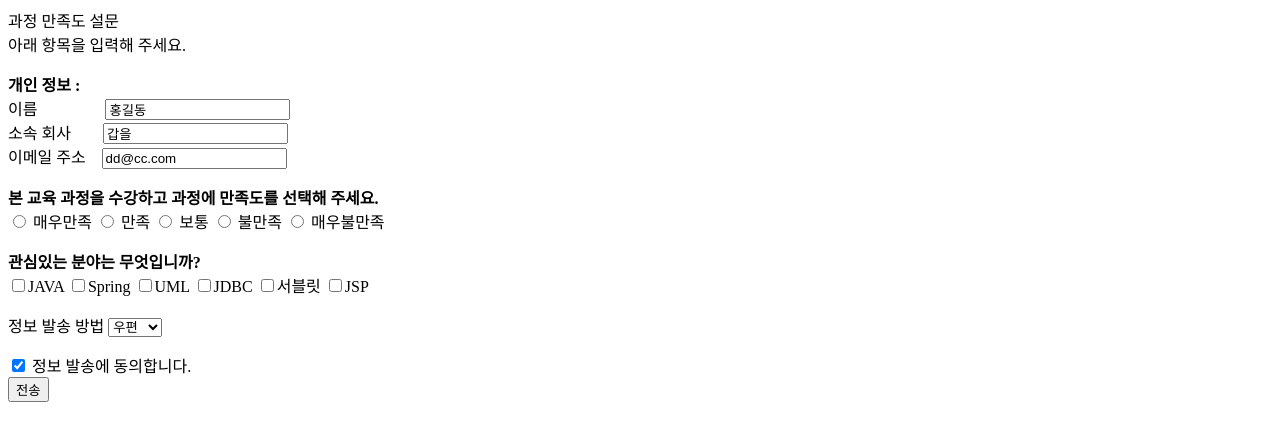
Repository: uj06134/Metabuild_JSP
Page: http://localhost/12_DB_Survey/insertForm.jsp
An editor plug-in stored every save of this project. The page is shown before and after the next save, followed by the edit.
The browser window is 1280 px wide. The pictures show the whole page.
The page is served by Tomcat 9.

Above is the page before, as saved 2025-09-18 02:38:59.

After the next save:
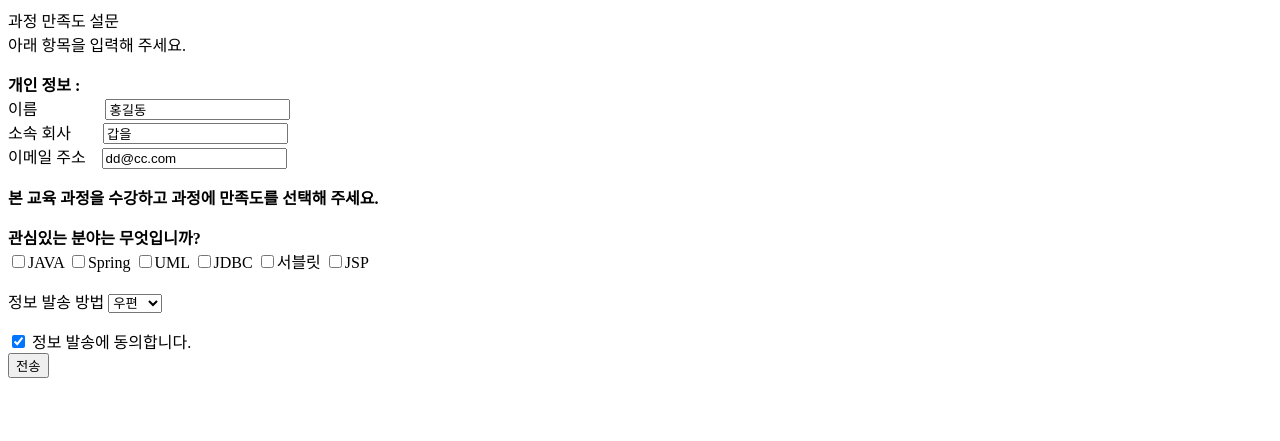
Saved 46 s later.
--- a/12_DB_Survey/src/main/webapp/insertForm.jsp
+++ b/12_DB_Survey/src/main/webapp/insertForm.jsp
@@ -29,7 +29,6 @@
 	<input type="radio" name = "satisfaction" value="불만족">불만족
 	<input type="radio" name = "satisfaction" value="매우불만족">매우불만족  -->
 	<c:forEach var="sf" items="<%=satisfaction%>">
-    <input type="radio" name="satisfaction" value="${sf}"> ${sf}</input>
     </c:forEach>
 	<p>
 	<b>관심있는 분야는 무엇입니까?</b><br>
